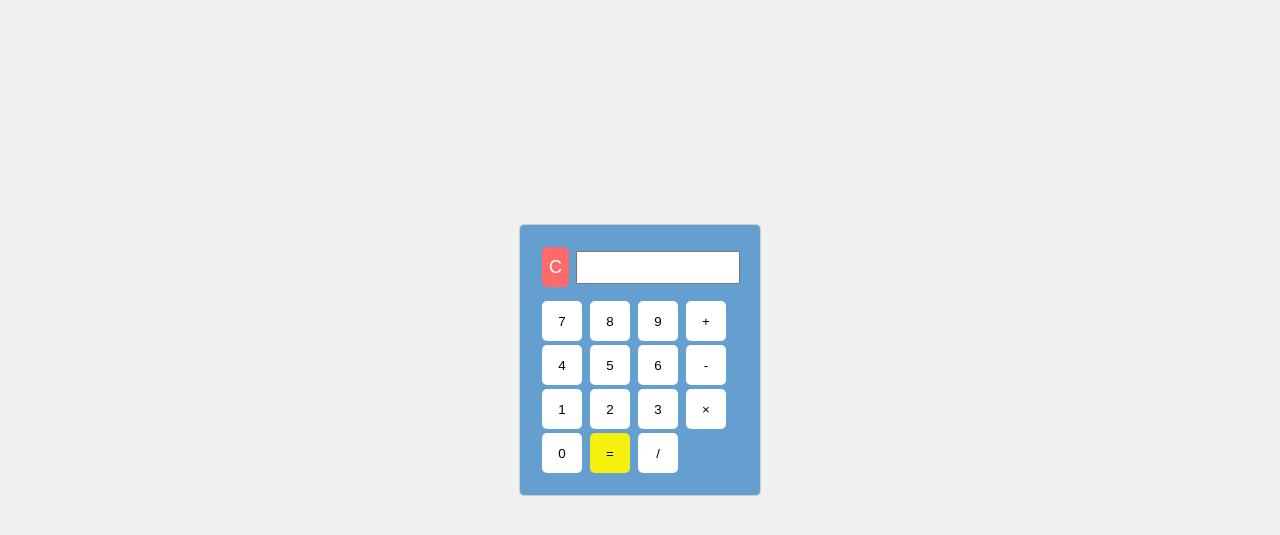
Repository: Burnmyheart/calculator
Page: index.html
The author's editor kept a copy of each file at every save. The page is drawn from the files as they stood at one save, then again after the next save.
The browser window is 1280 px wide. The pictures show the whole page.

Above is the page before, as saved 2025-04-28 22:42:07.

### index.html
<!DOCTYPE html>
<html lang="en">
  <head>
    <meta charset="UTF-8" />
    <meta name="viewport" content="width=device-width, initial-scale=1.0" />
    <title>Калькулятор</title>
    <link rel="stylesheet" href="style.css" />
  </head>
  <body>
    <div class="calculator">
      <!-- Поле вывода и кнопка сброса -->
      <div class="display-container">
        <button class="clear" onclick="clearDisplay()">C</button>
        <input type="text" id="display" readonly />
      </div>

      <!-- Кнопки калькулятора -->
      <div>
        <button onclick="addNumber('7')">7</button>
        <button onclick="addNumber('8')">8</button>
        <button onclick="addNumber('9')">9</button>
        <button onclick="addOperation('+')">+</button>
      </div>
      <div>
        <button onclick="addNumber('4')">4</button>
        <button onclick="addNumber('5')">5</button>
        <button onclick="addNumber('6')">6</button>
        <button onclick="addOperation('-')">-</button>
      </div>
      <div>
        <button onclick="addNumber('1')">1</button>
        <button onclick="addNumber('2')">2</button>
        <button onclick="addNumber('3')">3</button>
        <button onclick="addOperation('*')">×</button>
      </div>
      <div>
        <button onclick="addNumber('0')">0</button>
        <button class="calculate" onclick="calculate()">=</button>
        <button onclick="addOperation('/')">/</button>
      </div>
    </div>

    <script src="calculator.js"></script>
  </body>
</html>

### style.css
/* Базовые стили для читаемости */
body {
  display: flex;
  justify-content: center;
  align-items: center;
  min-height: 100vh;
  margin: 0;
  background-color: #f0f0f0;
}

.calculator {
  background-color: #649fcf;
  padding: 20px;
  border: 1px solid #ccc;
  border-radius: 5px;
  width: 200px;
}

.display-container {
  margin-bottom: 10px;
  display: flex;
  align-items: center;
}

#display {
  width: 150px;
  height: 25px;
  margin-left: 5px;
  padding: 2px 5px;
  text-align: right;
}

button {
  width: 40px;
  height: 40px;
  margin: 2px;
  border: none;
  background-color: white;
  border-radius: 5px;
}

.clear {
  background-color: #ff6b6b;
  color: white;
  width: 40px;
  height: 40px;
  font-size: 18px;
}

.calculate {
  background-color: #f5f10f;
}

### calculator.js
// Получаем элемент дисплея
const display = document.getElementById("display");

// Переменные для хранения данных
let firstNumber = "";
let operator = "";
let newNumber = false;

// Добавление цифры
function addNumber(num) {
  if (newNumber) {
    display.value = num;
    newNumber = false;
  } else {
    display.value += num;
  }
}

// Добавление операции
function addOperation(op) {
  // Проверяем, что есть число для операции
  if (display.value === "") {
    display.value = "Ошибка: введите число";
    return;
  }
  // Если уже есть операция, выполняем её
  if (firstNumber && operator) {
    calculate();
  }
  firstNumber = display.value;
  operator = op;
  newNumber = true;
}

// Вычисление результата
function calculate() {
  // Проверяем наличие всех необходимых данных
  if (!firstNumber || !operator || !display.value) {
    display.value = "Ошибка: неполное выражение";
    return;
  }

  let result;
  let a = parseFloat(firstNumber);
  let b = parseFloat(display.value);

  switch (operator) {
    case "+":
      result = a + b;
      break;
    case "-":
      result = a - b;
      break;
    case "*":
      result = a * b;
      break;
    case "/":
      if (b === 0) {
        display.value = "Ошибка: деление на ноль";
        firstNumber = "";
        operator = "";
        newNumber = true;
        return;
      }
      result = a / b;
      break;
  }

  display.value = result;
  firstNumber = "";
  operator = "";
  newNumber = true;
}

// Очистка дисплея
function clearDisplay() {
  display.value = "";
  firstNumber = "";
  operator = "";
  newNumber = false;
}

After the next save:
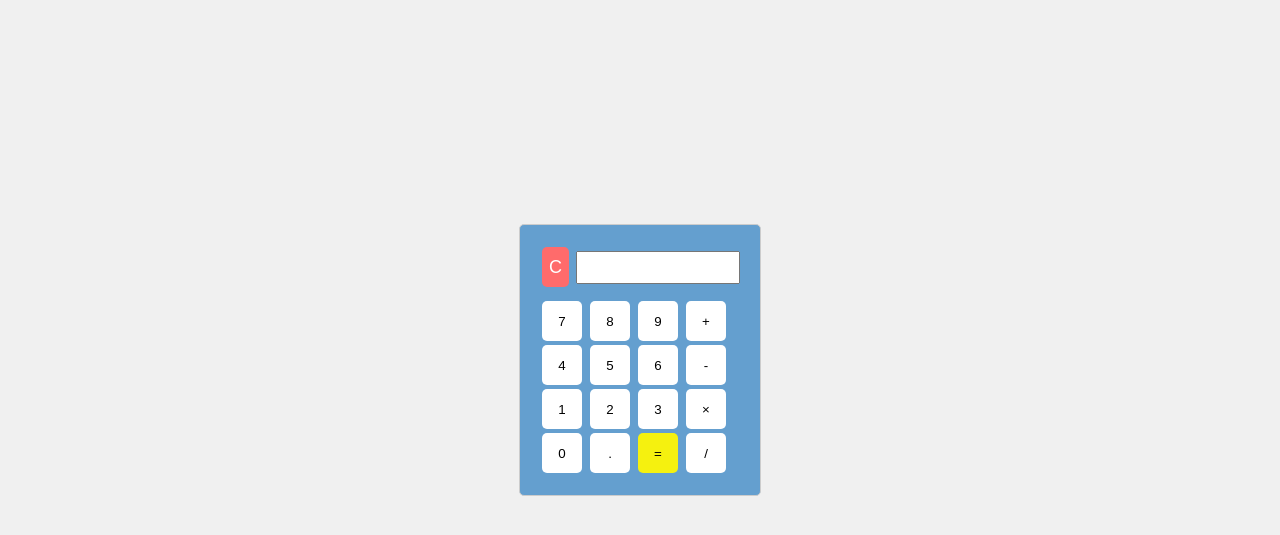
Saved 21 s later.
--- a/index.html
+++ b/index.html
@@ -35,6 +35,7 @@
       </div>
       <div>
         <button onclick="addNumber('0')">0</button>
+        <button onclick="addNumber('.')">.</button>
         <button class="calculate" onclick="calculate()">=</button>
         <button onclick="addOperation('/')">/</button>
       </div>
